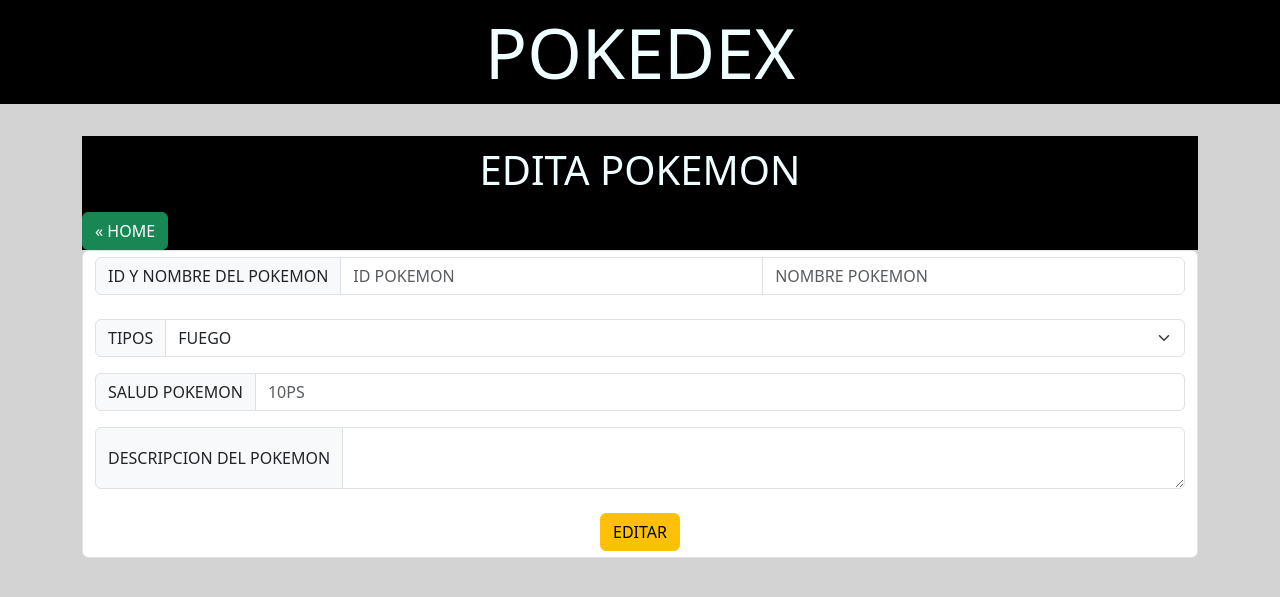
Repository: Edi521/Paginas-web-con-thymeleaf
Page: http://localhost/editar
An editor plug-in stored every save of this project. The page is shown before and after the next save, followed by the edit.
The browser window is 1280 px wide. The pictures show the whole page.
The page is this project's Thymeleaf template; nobody is signed in. The template is opened directly, without the code that normally fills it, so the values that code supplies are empty.

Above is the page before, as saved 2024-11-27 00:59:11.

After the next save:
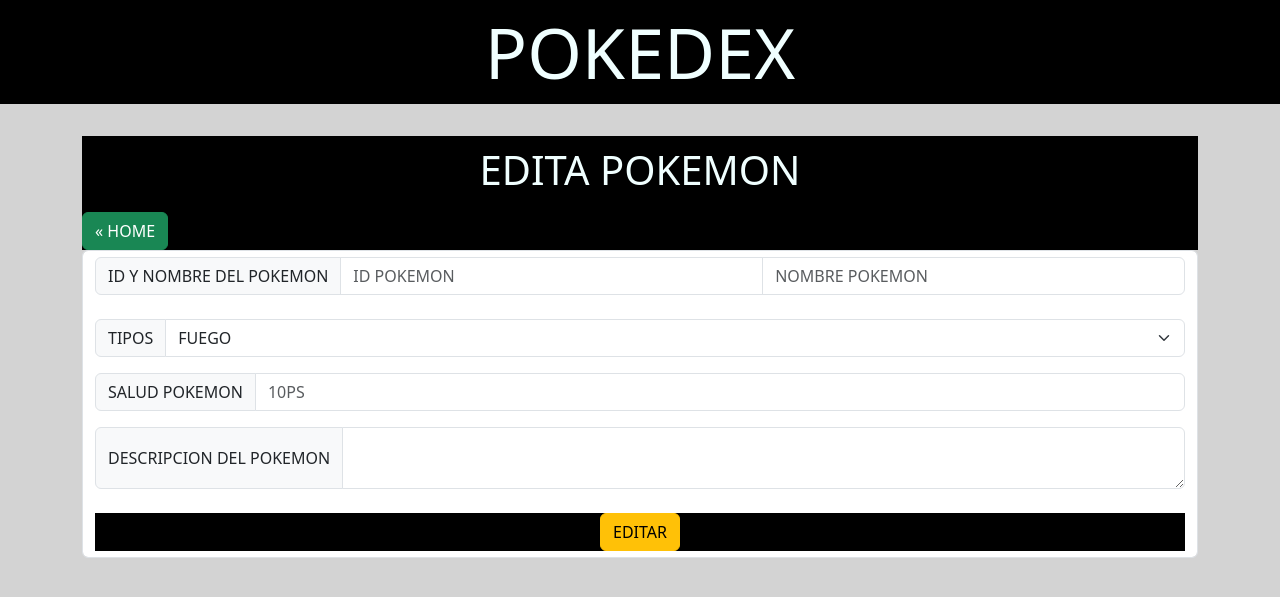
Saved 34 s later.
--- a/Pokedex/src/main/resources/templates/editar.html
+++ b/Pokedex/src/main/resources/templates/editar.html
@@ -52,7 +52,7 @@
 					  <textarea class="form-control" name="descripcion" required th:field="*{descripcion}"></textarea>
 					</div>
 					<br>
-					<div  class="card-footer" style="text-align: center;">
+					<div  class="card-footer" style="text-align: center; background-color: black;">
 						<button class="btn btn-warning" type="submit" name="Editar">EDITAR</button>
 					</div>
 
